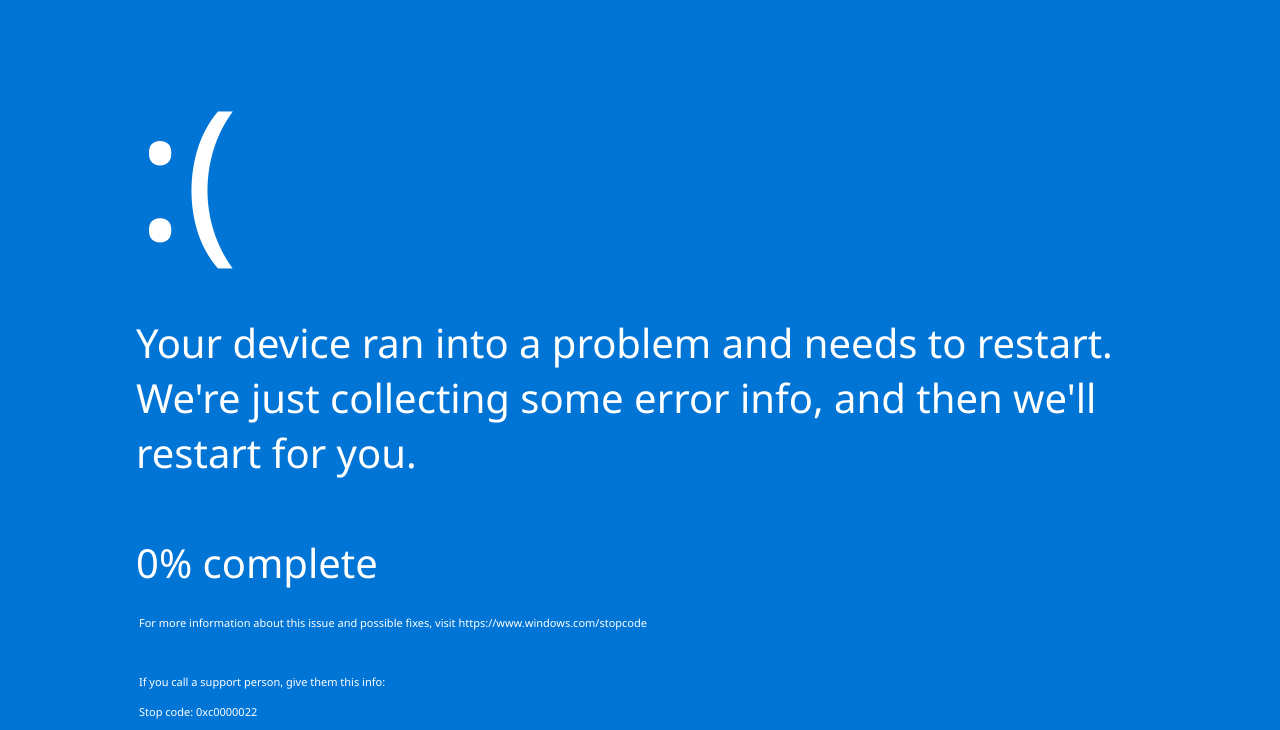
Repository: end888160/end888160.github.io
Page: BSoD2.html
An editor plug-in stored every save of this project. The page is shown before and after the next save, followed by the edit.
The browser window is 1280 px wide. The pictures show the whole page.

Above is the page before, as saved 2024-09-22 23:15:40.

### BSoD2.html
<!DOCTYPE html>
<html lang="en">
	<meta name="viewport" content="width=device-width, initial-scale=1">
<style>
   html {
		font-family: 'Segoe UI', Tahoma, Geneva, Verdana, sans-serif!important;
		background-color: #0075d6!important;
		color:#ffffff!important;
		padding-left: 10%;
	}

	#face {
		padding-top: 40px;
		font-weight: 300;
		font-size: 180px;
	}

	#your {
		font-weight: 100;
		font-size: 40px;

	}
	#for {
		font-weight: 100;
		font-size: 11px;
	}

</style>
<div id="face">:(</div><br>
<div id="your">Your device ran into a problem and needs to restart.<br>
	We're just collecting some error info, and then we'll<br>
	restart for you.<br>
	<br>
	0% complete </div>
	<br>
	<table>
		<td><div id="for">For more information about this issue and possible fixes, visit https://www.windows.com/stopcode</div><br>
		<br>
		<div id="for">If you call a support person, give them this info:<br><br>
		Stop code: 0xc0000022 </div>
		</td>
	</table>
</html>

After the next save:
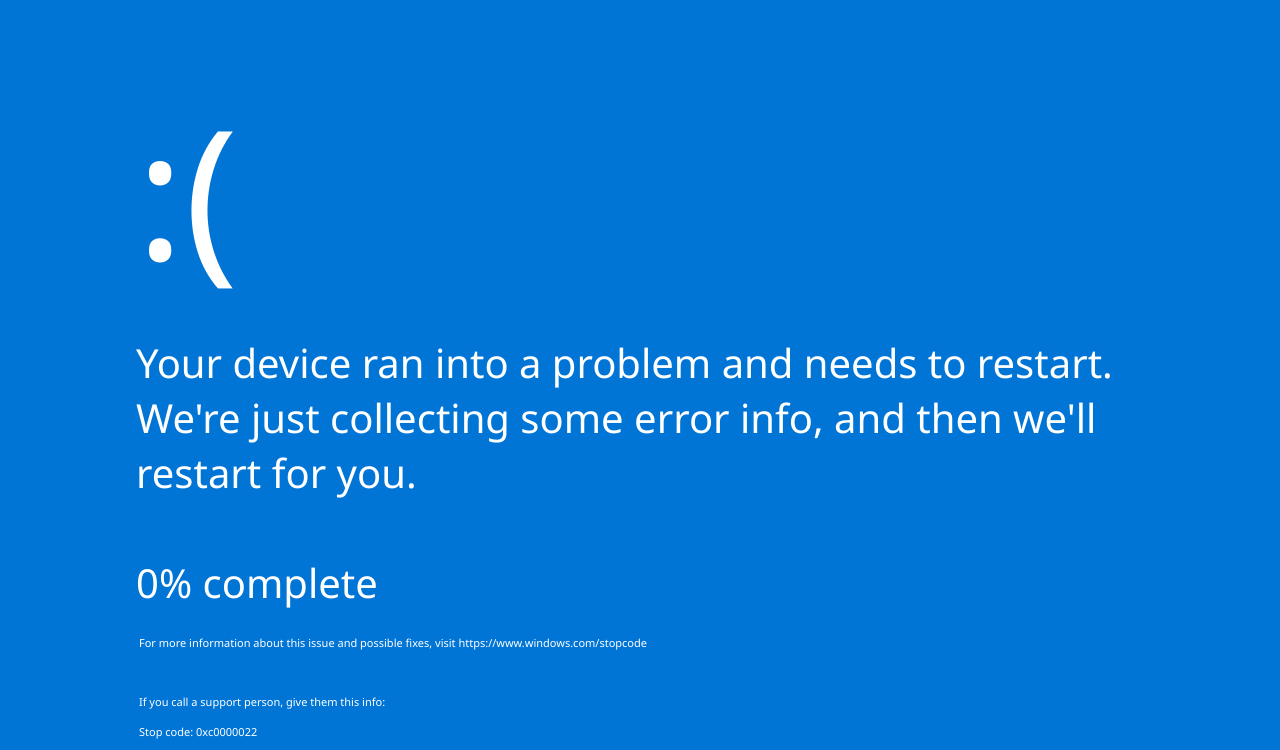
Saved 12 s later.
--- a/BSoD2.html
+++ b/BSoD2.html
@@ -10,7 +10,7 @@
 	}
 
 	#face {
-		padding-top: 40px;
+		padding-top: 60px;
 		font-weight: 300;
 		font-size: 180px;
 	}
